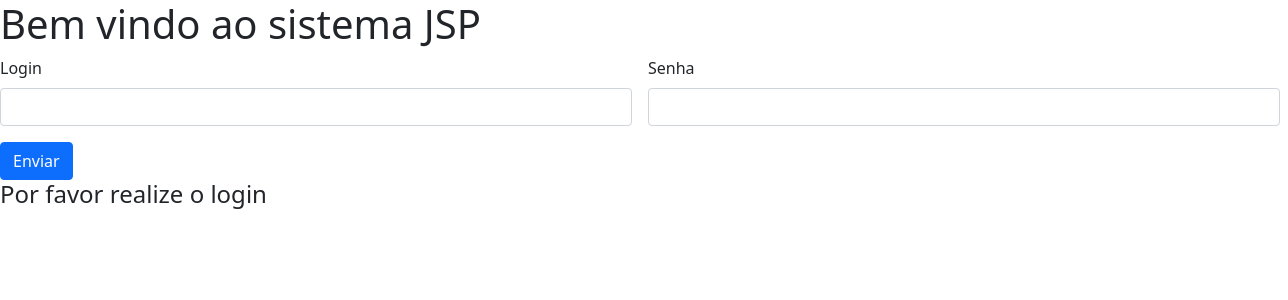
Repository: EduCarmo/PROJETO_JAVA-JSP_JDBC_SQL_JAVA
Page: http://localhost/curso-jsp/principal/navbar.jsp
These files come from the project's save history. The page is drawn as it stood at one moment and after the next save; the edit follows.
The browser window is 1280 px wide. The page is 1288 px wide, so the pictures cover 1288 px, including what lies to the right of the window. The pictures show the whole page.
The page is served by Tomcat 10.

Above is the page before, as saved 2024-03-13 21:51:55.

After the next save:
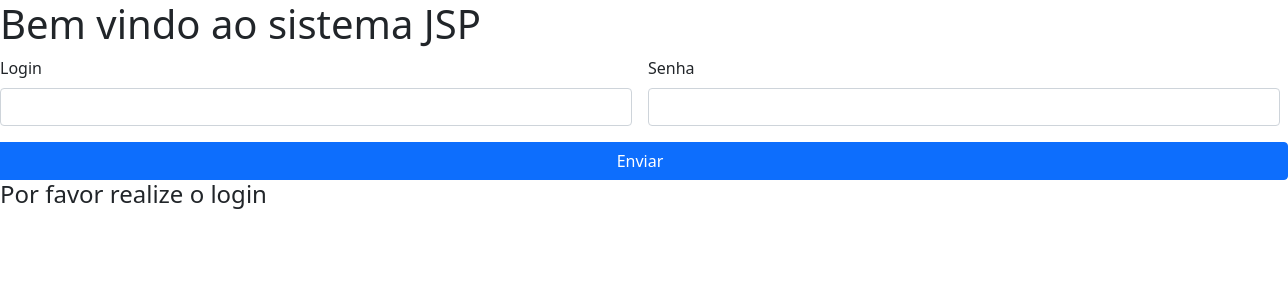
Saved 93 s later.
--- a/curso-jsp/src/main/webapp/index.jsp
+++ b/curso-jsp/src/main/webapp/index.jsp
@@ -32,9 +32,8 @@
 			<label class="form-label">Senha</label>
 			<input name="senha" type="password" class="form-control">
 		</div>
-		<div>
-			<input type="submit" value="Enviar" class="btn btn-primary">
-		</div>
+
+		<input type="submit" value="Enviar" class="btn btn-primary">
 	</form>
 
 	<h4>${msg}</h4>
